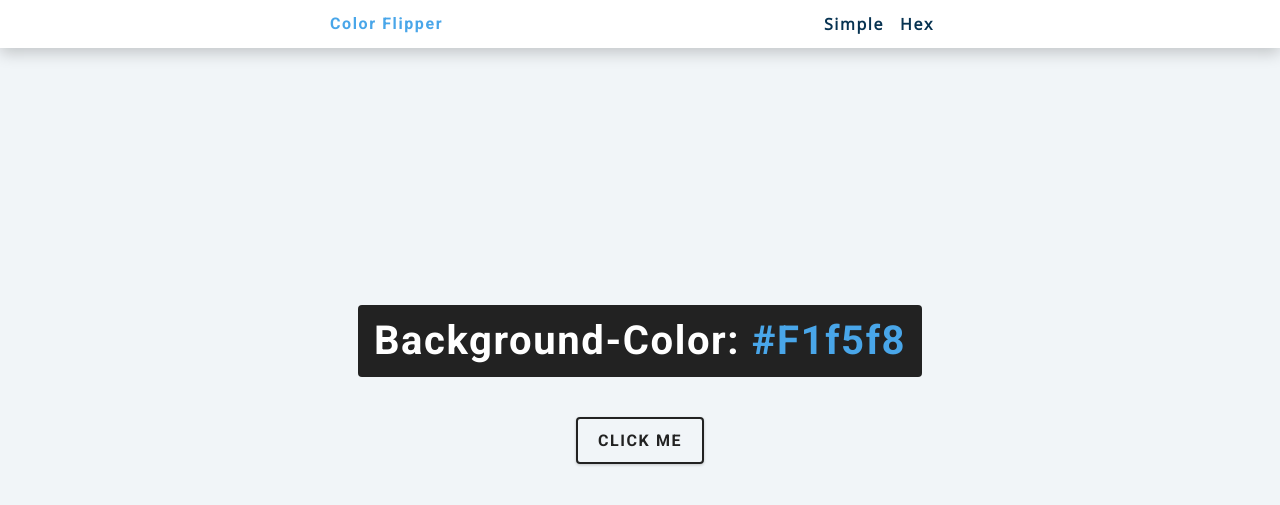
Repository: Vickydew1/ChangeBgcolor
Page: index.html
An editor plug-in stored every save of this project. The page is shown before and after the next save, followed by the edit.
The browser window is 1280 px wide. The pictures show the whole page.
After loading, the first visible `#btn` was clicked once.

Above is the page before, as saved 2022-01-10 03:18:46.

### index.html
<!DOCTYPE html>
<html lang="en">
  <head>
    <meta charset="UTF-8" />
    <meta name="viewport" content="width=device-width, initial-scale=1.0" />
    <title>Color Flipper || Simple</title>

    <!-- styles -->
    <link rel="stylesheet" href="styles.css" />
  </head>
  <body>
    <nav>
      <div class="nav-center">
        <h4>color flipper</h4>
        <ul class="nav-links">
          <li>
            <a href="index.html">Simple</a>
          </li>
          <li>
            <a href="hex.html">hex </a>
          </li>
        </ul>
      </div>
    </nav>
    <main>
      <div class="container">
        <h2>Background-color: <span class="color"> #f1f5f8 </span></h2>
        <button class="btn btn-hero" id="btn">Click Me</button>
      </div>
    </main>
    <!-- javascript -->
    <script src="app.js"></script>
  </body>
</html>

### styles.css
/*
===============
Fonts
===============
*/
@import url("https://fonts.googleapis.com/css?family=Open+Sans|Roboto:400,700&display=swap");

/*
===============
Variables
===============
*/

:root {
  /* dark shades of primary color*/
  --clr-primary-1: hsl(205, 86%, 17%);
  --clr-primary-2: hsl(205, 77%, 27%);
  --clr-primary-3: hsl(205, 72%, 37%);
  --clr-primary-4: hsl(205, 63%, 48%);
  /* primary/main color */
  --clr-primary-5: hsl(205, 78%, 60%);
  /* lighter shades of primary color */
  --clr-primary-6: hsl(205, 89%, 70%);
  --clr-primary-7: hsl(205, 90%, 76%);
  --clr-primary-8: hsl(205, 86%, 81%);
  --clr-primary-9: hsl(205, 90%, 88%);
  --clr-primary-10: hsl(205, 100%, 96%);
  /* darkest grey - used for headings */
  --clr-grey-1: hsl(209, 61%, 16%);
  --clr-grey-2: hsl(211, 39%, 23%);
  --clr-grey-3: hsl(209, 34%, 30%);
  --clr-grey-4: hsl(209, 28%, 39%);
  /* grey used for paragraphs */
  --clr-grey-5: hsl(210, 22%, 49%);
  --clr-grey-6: hsl(209, 23%, 60%);
  --clr-grey-7: hsl(211, 27%, 70%);
  --clr-grey-8: hsl(210, 31%, 80%);
  --clr-grey-9: hsl(212, 33%, 89%);
  --clr-grey-10: hsl(210, 36%, 96%);
  --clr-white: #fff;
  --clr-red-dark: hsl(360, 67%, 44%);
  --clr-red-light: hsl(360, 71%, 66%);
  --clr-green-dark: hsl(125, 67%, 44%);
  --clr-green-light: hsl(125, 71%, 66%);
  --clr-black: #222;
  --ff-primary: "Roboto", sans-serif;
  --ff-secondary: "Open Sans", sans-serif;
  --transition: all 0.3s linear;
  --spacing: 0.1rem;
  --radius: 0.25rem;
  --light-shadow: 0 5px 15px rgba(0, 0, 0, 0.1);
  --dark-shadow: 0 5px 15px rgba(0, 0, 0, 0.2);
  --max-width: 1170px;
  --fixed-width: 620px;
}
/*
===============
Global Styles
===============
*/

*,
::after,
::before {
  margin: 0;
  padding: 0;
  box-sizing: border-box;
}
body {
  font-family: var(--ff-secondary);
  background: var(--clr-grey-10);
  color: var(--clr-grey-1);
  line-height: 1.5;
  font-size: 0.875rem;
}
ul {
  list-style-type: none;
}
a {
  text-decoration: none;
}
h1,
h2,
h3,
h4 {
  letter-spacing: var(--spacing);
  text-transform: capitalize;
  line-height: 1.25;
  margin-bottom: 0.75rem;
  font-family: var(--ff-primary);
}
h1 {
  font-size: 3rem;
}
h2 {
  font-size: 2rem;
}
h3 {
  font-size: 1.25rem;
}
h4 {
  font-size: 0.875rem;
}
p {
  margin-bottom: 1.25rem;
  color: var(--clr-grey-5);
}
@media screen and (min-width: 800px) {
  h1 {
    font-size: 4rem;
  }
  h2 {
    font-size: 2.5rem;
  }
  h3 {
    font-size: 1.75rem;
  }
  h4 {
    font-size: 1rem;
  }
  body {
    font-size: 1rem;
  }
  h1,
  h2,
  h3,
  h4 {
    line-height: 1;
  }
}
/*  global classes */

/* section */
.section {
  padding: 5rem 0;
}

.section-center {
  width: 90vw;
  margin: 0 auto;
  max-width: 1170px;
}
@media screen and (min-width: 992px) {
  .section-center {
    width: 95vw;
  }
}
main {
  min-height: 100vh;
  display: grid;
  place-items: center;
}

/*
===============
Nav
===============
*/
nav {
  background: var(--clr-white);
  height: 3rem;
  display: grid;
  align-items: center;
  box-shadow: var(--dark-shadow);
}
.nav-center {
  width: 90vw;
  max-width: var(--fixed-width);
  margin: 0 auto;
  display: flex;
  align-items: center;
  justify-content: space-between;
}
.nav-center h4 {
  margin-bottom: 0;
  color: var(--clr-primary-5);
}
.nav-links {
  display: flex;
}
nav a {
  text-transform: capitalize;
  font-weight: 700;
  font-size: 1rem;
  color: var(--clr-primary-1);
  letter-spacing: var(--spacing);
  margin-right: 1rem;
}
nav a:hover {
  color: var(--clr-primary-5);
}
/*
===============
Container
===============
*/
main {
  min-height: calc(100vh - 3rem);
  display: grid;
  place-items: center;
}
.container {
  text-align: center;
}
.container h2 {
  background: var(--clr-black);
  color: var(--clr-white);
  padding: 1rem;
  border-radius: var(--radius);
  margin-bottom: 2.5rem;
}
.color {
  color: var(--clr-primary-5);
}
.btn-hero {
  font-family: var(--ff-primary);
  text-transform: uppercase;
  background: transparent;
  color: var(--clr-black);
  letter-spacing: var(--spacing);
  display: inline-block;
  font-weight: 700;
  transition: var(--transition);
  border: 2px solid var(--clr-black);
  cursor: pointer;
  box-shadow: 0 1px 3px rgba(0, 0, 0, 0.2);
  border-radius: var(--radius);
  font-size: 1rem;
  padding: 0.75rem 1.25rem;
}
.btn-hero:hover {
  color: var(--clr-white);
  background: var(--clr-black);
}

### app.js
const colors = ["green", "red", "rgba(133,122,200)", "#f15025"];
const btn = document.getElementById("btn");
const color = document.querySelector(".color");

btn.addEventListener("click", function () {
  console.log(document.body);
});

After the next save:
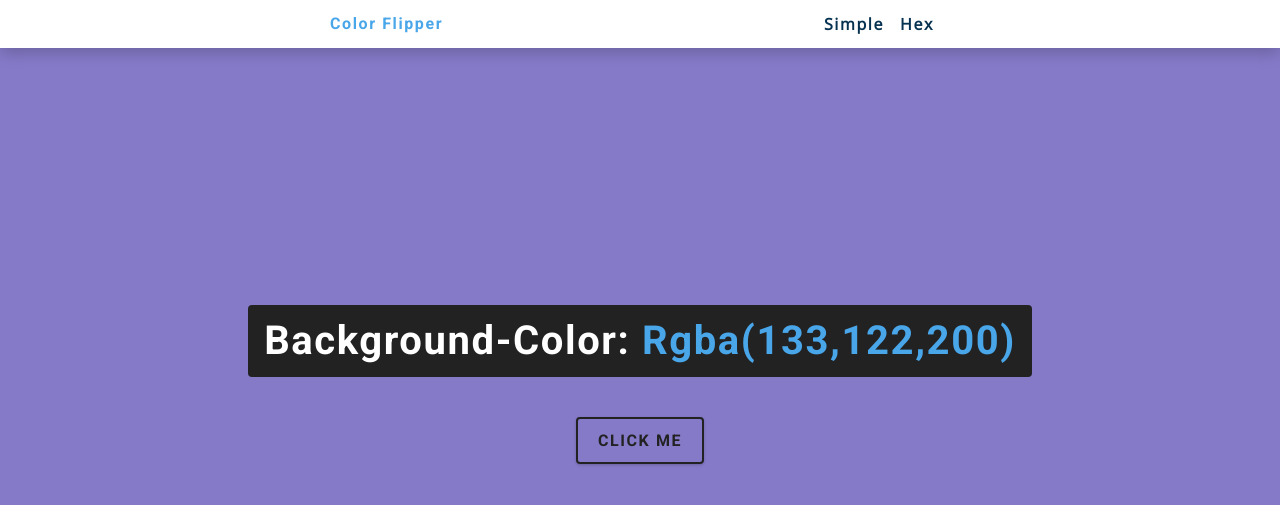
Saved 2 min 52 s later.
--- a/app.js
+++ b/app.js
@@ -3,5 +3,7 @@ const btn = document.getElementById("btn");
 const color = document.querySelector(".color");
 
 btn.addEventListener("click", function () {
-  console.log(document.body);
+  const randomNumber = 2;
+  document.body.style.backgroundColor = colors[randomNumber];
+  color.textContent = colors[randomNumber];
 });
